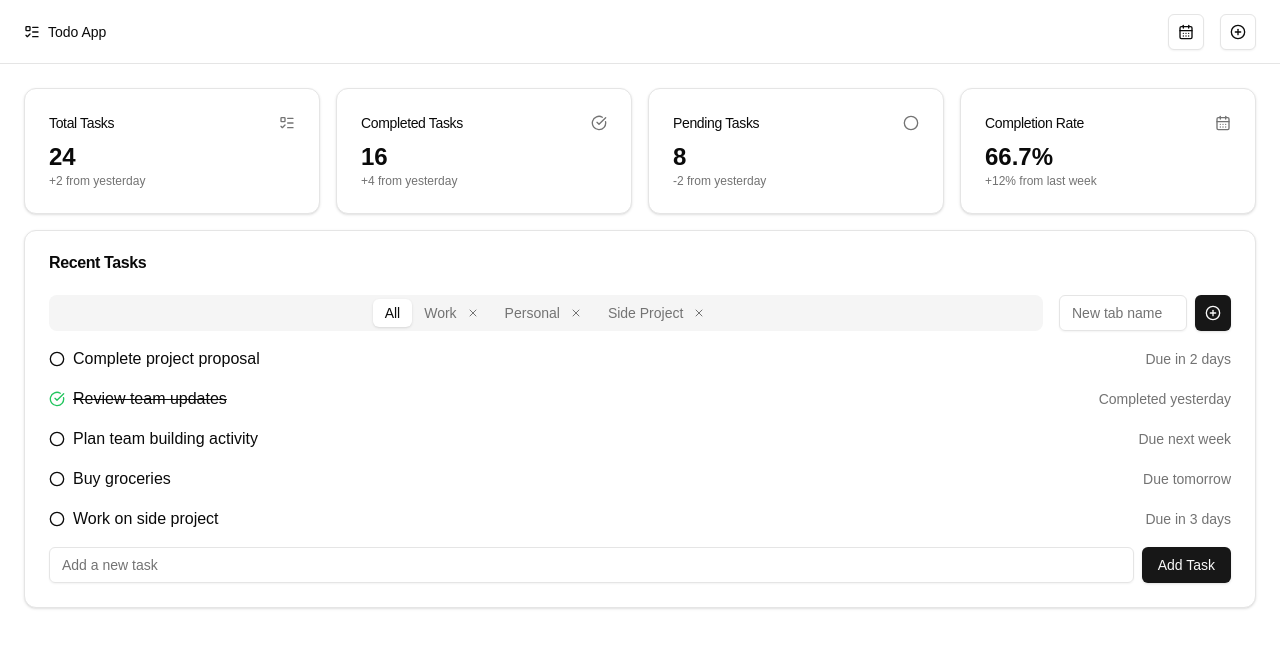
Repository: malikbarbier7/better-todo
Page: /dashboard
These files come from the project's save history. The page is drawn as it stood at one moment and after the next save; the edit follows.
The browser window is 1280 px wide. The pictures show the whole page.
The project was rebuilt for these pictures with package versions that can differ from the ones it lists, and the page was loaded fresh each time. The framework's server and built-in components were replaced by stand-ins that run in the browser. Also part of the build but not shown: next.config.js, next.config.mjs.

Above is the page before, as saved 2024-10-04 10:00:04.

After the next save:
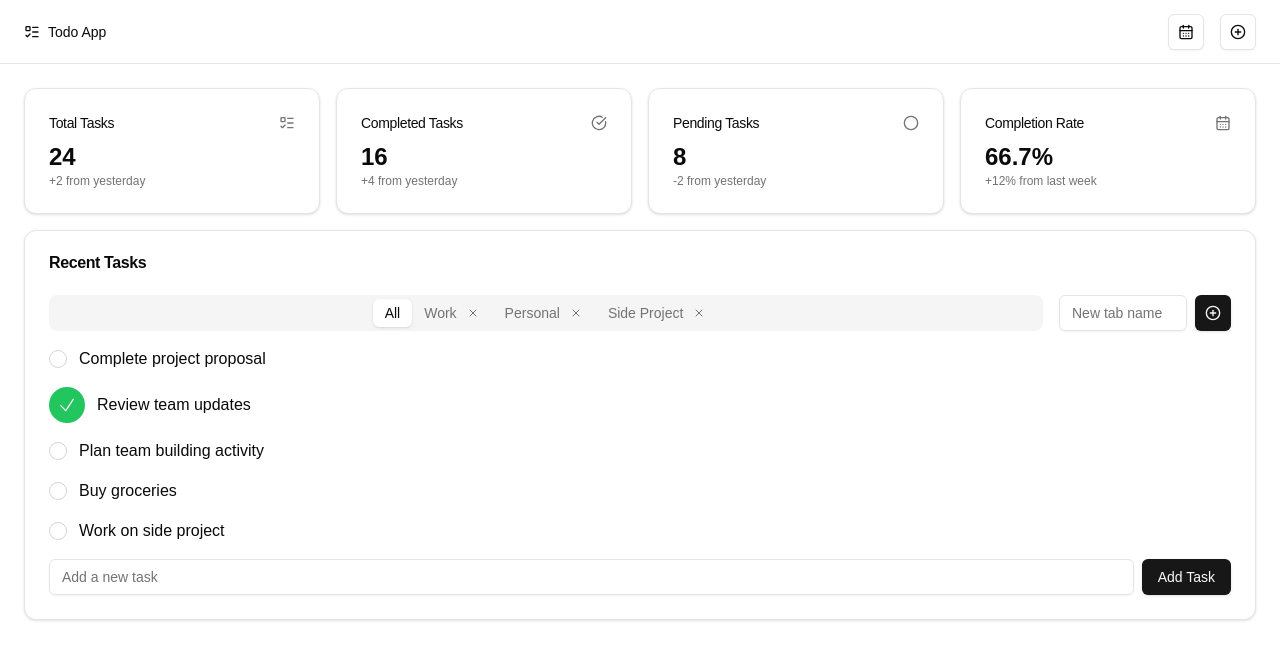
Saved 10 min 45 s later.
--- a/components/dashboard.tsx
+++ b/components/dashboard.tsx
@@ -6,6 +6,8 @@ import { Card, CardContent, CardHeader, CardTitle } from "@/components/ui/card"
 import { Input } from "@/components/ui/input"
 import { Tabs, TabsContent, TabsList, TabsTrigger } from "@/components/ui/tabs"
 import { CalendarDays, CheckCircle, Circle, ListTodo, PlusCircle, X } from "lucide-react"
+import { Tasks } from '../types'; // Adjust the import path as needed
+import { CheckIcon } from '@heroicons/react/24/solid';
 
 export function Dashboard() {
   const [tabs, setTabs] = React.useState(['All', 'Work', 'Personal', 'Side Project'])
@@ -44,11 +46,11 @@ export function Dashboard() {
 
   const handleRemoveTab = (tab: string) => {
     if (tab !== 'All') {
-      const newTabs = tabs.filter(t => t !== tab)
-      const { [tab]: removedTasks, ...restTasks } = tasks
-      setTabs(newTabs)
-      setTasks(restTasks)
-      setActiveTab('All')
+      const newTabs = tabs.filter(t => t !== tab);
+      const { [tab]: removedTasks, ...restTasks } = tasks as Tasks;
+      setTabs(newTabs);
+      setTasks(restTasks);
+      setActiveTab('All');
     }
   }
 
@@ -64,12 +66,16 @@ export function Dashboard() {
       }
       setTasks(prevTasks => ({
         ...prevTasks,
-        [activeTab]: [...prevTasks[activeTab], newTask],
+        [activeTab]: [...(prevTasks[activeTab as keyof typeof prevTasks] || []), newTask],
         'All': [...prevTasks['All'], newTask]
       }))
       setNewTaskName('')
     }
   }
+
+  const handleTaskStatusChange = (taskId: string, status: 'complete' | 'incomplete') => {
+    // Implement task status change logic here
+  };
 
   return (
     <div className="flex flex-col min-h-screen">
@@ -178,17 +184,25 @@ export function Dashboard() {
               {tabs.map((tab) => (
                 <TabsContent key={tab} value={tab}>
                   <div className="space-y-4">
-                    {tasks[tab]?.map((task) => (
+                    {(tasks[tab as keyof typeof tasks] ?? []).map((task) => (
                       <div key={task.id} className="flex items-center">
                         {task.status === 'completed' ? (
-                          <CheckCircle className="mr-2 h-4 w-4 text-green-500" />
+                          <button
+                            className="p-2 bg-green-500 text-white rounded-full"
+                            onClick={() => handleTaskStatusChange(task.id.toString(), 'incomplete')}
+                          >
+                            <CheckIcon className="h-5 w-5" />
+                          </button>
                         ) : (
-                          <Circle className="mr-2 h-4 w-4" />
+                          <button
+                            className="p-2 border border-gray-300 rounded-full"
+                            onClick={() => handleTaskStatusChange(task.id.toString(), 'complete')}
+                          >
+                            <span className="sr-only">Mark as complete</span>
+                          </button>
                         )}
-                        <span className={`flex-1 ${task.status === 'completed' ? 'line-through' : ''}`}>
-                          {task.name}
-                        </span>
-                        <span className="text-sm text-muted-foreground">{task.dueDate}</span>
+                        <span className="ml-3 flex-1">{task.name}</span>
+                        {/* Other task details */}
                       </div>
                     ))}
                   </div>
